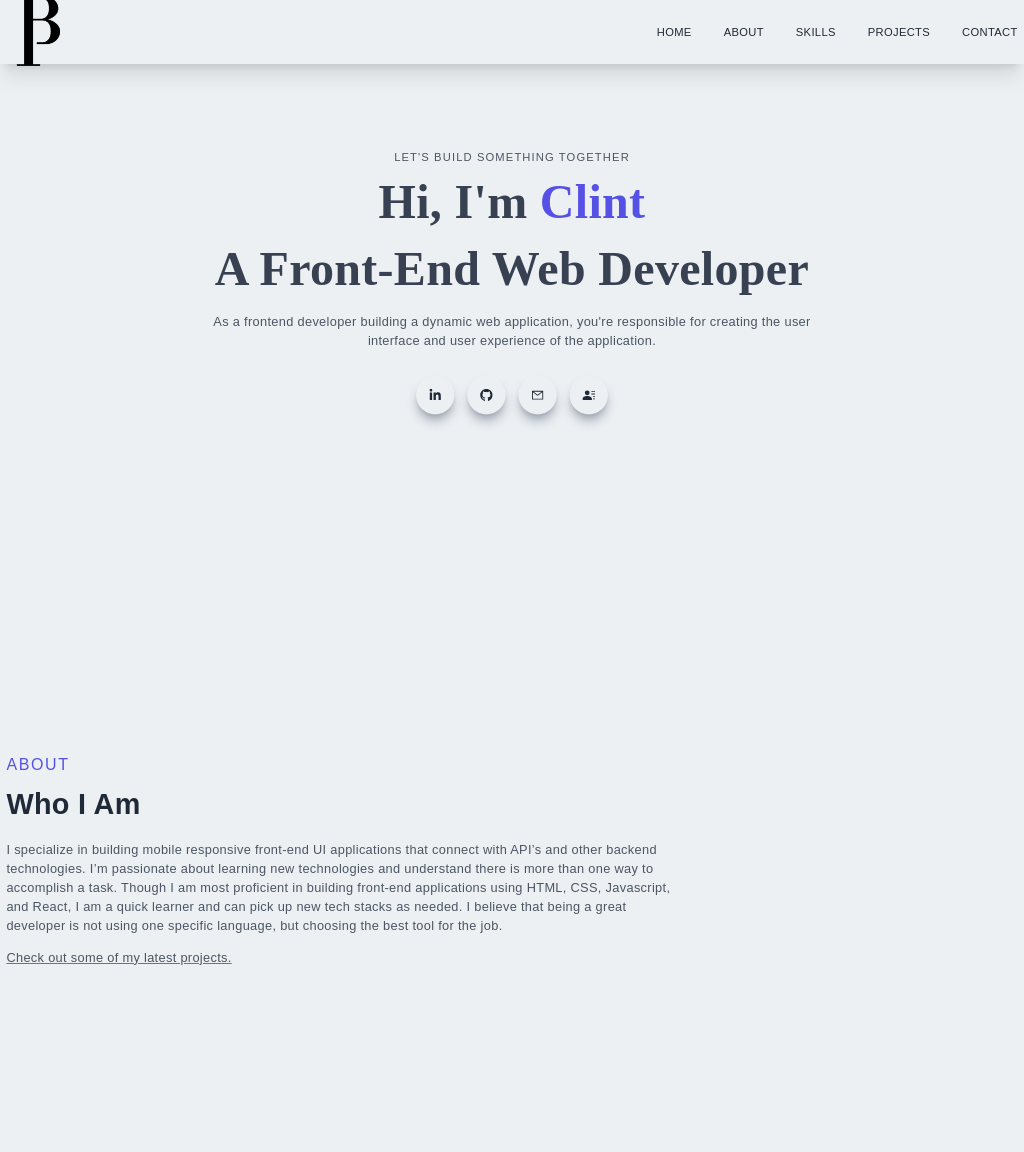
Repository: bittu-Patel/portfolio-resume-next-js
Page: /
These files come from the project's save history. The page is drawn as it stood at one moment and after a run of saves; the edit follows.
The browser window is 1280 px wide. The pictures show the whole page, at 80% of full size.
The project was rebuilt for these pictures with package versions that can differ from the ones it lists, and the page was loaded fresh each time. The framework's server and built-in components were replaced by stand-ins that run in the browser. Also part of the build but not shown: next.config.js.

Above is the page before, as saved 2023-09-22 13:38:50.

### pages/_app.js

import '../styles/globals.css'

 function App({ Component, pageProps }) {
  return <Component {...pageProps} />
}

export default App

### pages/index.js
import About from '../components/About.jsx'
import Main from '../components/Main.jsx'
import Navbar from '../components/Navbar.jsx'
import React from 'react'

const index = () => {
  return (
    <div>
      <Navbar />
     <Main />
     <About />
    </div>
  )
}

export default index

### components/About.jsx
import React from 'react'

const About = () => {
  return (
    <div className='w-full md:h-screen p-2  flex items-center py-16'>
        <div className='max-w-[1240] m-auto md:grid grid-cols-3 gap-8'>
            <div className='col-span-2'>
                <p className='uppercase text-xl tracking-widest text-[#5651e5]'>About</p>

                <h2 className='py-4'>Who I Am</h2>

                <p className='py-2 text-gray-600'>I specialize in building mobile responsive front-end UI applications
            that connect with API’s and other backend technologies. I’m
            passionate about learning new technologies and understand there is
            more than one way to accomplish a task. Though I am most proficient
            in building front-end applications using HTML, CSS, Javascript, and
            React, I am a quick learner and can pick up new tech stacks as
            needed. I believe that being a great developer is not using one
            specific language, but choosing the best tool for the job.</p>
            <p className='py-2 text-gray-600 underline cursor-pointer'>
              Check out some of my latest projects.
            </p>
    </div>
            <div></div>
        </div>
    </div>
  )
}

export default About

### components/Main.jsx
import { AiOutlineMail } from 'react-icons/ai'
import { BsFillPersonLinesFill } from 'react-icons/bs';
import { FaGithub, FaLinkedinIn } from 'react-icons/fa'

const Main = () => {
  return (
    <div className='w-full h-screen text-center'>
      <div className='max-w-[1240px] w-full h-full mx-auto p-2 flex justify-center items-center'>
        <div>
<p className='uppercase text-sm tracking-widest text-gray-600'>Let&apos;S build something together</p>
<h1 className='py-4 text-gray-700'>
            Hi, I&#39;m <span className='text-[#5651e5]'> Clint</span>
          </h1>
          <h1 className=' py-2 text-gray-700'>
          A Front-End Web Developer
          </h1>
          <p className='py-4 text-gray-600 max-w-[70%] m-auto'>As a frontend developer building a dynamic web application, you&apos;re responsible for creating the user interface and user experience of the application.</p>
        <div className=' gap-4 flex items-center justify-center max-w-[330px] m-auto py-4'>
<div className='rounded-full shadow-lg shadow-gray-400 p-4 cursor-pointer hover:scale-105 ease-in duration-300'>
  <FaLinkedinIn />
</div>
<div className='rounded-full shadow-lg shadow-gray-400 p-4 cursor-pointer hover:scale-105 ease-in duration-300'>
  <FaGithub />
</div>
<div className='rounded-full shadow-lg shadow-gray-400 p-4 cursor-pointer hover:scale-105 ease-in duration-300'>
  <AiOutlineMail />
</div>
<div className='rounded-full shadow-lg shadow-gray-400 p-4 cursor-pointer hover:scale-105 ease-in duration-300'>
  <BsFillPersonLinesFill />
</div>
        </div>
        </div>
      </div>
    </div>
  )
}

export default Main

### components/Navbar.jsx
import Image from 'next/image'
import React, { useState } from 'react'
import { FaGithub, FaLinkedinIn } from 'react-icons/fa';
import { BsFillPersonLinesFill } from 'react-icons/bs';
import Link from 'next/link'
import { AiOutlineClose, AiOutlineMenu ,AiOutlineMail } from 'react-icons/ai'

const Navbar = () => {
    const [nav, setNav] = useState(false)

    const handleNav = () => {
        setNav(!nav)
    }
  return (
    <div className='fixed w-full h-20 shadow-xl z-[100]'>
<div className='flex justify-between items-center w-full h-full px-2 2xl:px-16'>
    <Image src="/../assets/navLogo.png" alt="/" width='80' height='20' />
<div>
    <ul className='hidden md:flex'>
        <Link href='/'>
            <li className='ml-10 text-sm uppercase hover:border-b'>Home</li>
        </Link>
        <Link href='/'>
            <li className='ml-10 text-sm uppercase hover:border-b'>About</li>
        </Link>
        <Link href='/'>
            <li className='ml-10 text-sm uppercase hover:border-b'>Skills</li>
        </Link>
        <Link href='/'>
            <li className='ml-10 text-sm uppercase hover:border-b'>Projects</li>
        </Link>
        <Link href='/'>
            <li className='ml-10 text-sm uppercase hover:border-b'>Contact</li>
        </Link>
    </ul>
    <div onClick={handleNav} className='md:hidden'>
    <AiOutlineMenu />
    </div>
</div>
</div>
<div className={nav ? 'md:hidden fixed left-0 top-0 w-full h-screen bg-black/70' : ''}>
<div
          className={
            nav
              ? ' fixed left-0 top-0 w-[75%] sm:w-[60%] md:w-[45%] h-screen bg-[#ecf0f3] p-10 ease-in duration-500'
              : 'fixed left-[-100%] top-0 p-10 ease-in duration-500'
          }
        >
 <div >
    <div className='flex w-full items-center justify-between'>
<Image src="/../assets/navLogo.png" width='80' height='30' alt='/'/>
<div onClick={handleNav} className='rounded-full shadow-lg shadow-gray-400 p-3 cursor-pointer'>
<AiOutlineClose />
</div>
    </div>
    <div onClick={handleNav} className='border-b border-gray-300 my-4'>
        <p className='w-[85%] md:w-[90%] py-4'>Let&apos;S build something together </p>
    </div>
 </div>
 <div className='py-2 flex flex-col'>
    <ul className='uppercase'>
        <Link href='/'>
            <li className='py-4 text-sm'>Home</li>
        </Link>
        <Link href='/'>
            <li className='py-4 text-sm'>About</li>
        </Link>
        <Link href='/'>
            <li className='py-4 text-sm'>Skills</li>
        </Link>
        <Link href='/'>
            <li className='py-4 text-sm'>Projects</li>
        </Link>
        <Link href='/'>
            <li className='py-4 text-sm'>Contact</li>
        </Link>
    </ul>
    <div className='pt-40'>
 <p className='uppercase tracking-widest text-[#5651e5]'>
    Let&apos;S Connect
    </p>
    <div className='flex items-center justify-between my-4 w-full sm:w-[80%]'>
 <div className='rounded-full shadow-lg shadow-gray-400 p-3 cursor-pointer hover:scale-105 ease-in duration-300'>
 <FaLinkedinIn />
 </div>
 <div className='rounded-full shadow-lg shadow-gray-400 p-3 cursor-pointer hover:scale-105 ease-in duration-300'>
 <FaGithub />
 </div>
 <div className='rounded-full shadow-lg shadow-gray-400 p-3 cursor-pointer hover:scale-105 ease-in duration-300'>
 <AiOutlineMail />
 </div>
 <div className='rounded-full shadow-lg shadow-gray-400 p-3 cursor-pointer hover:scale-105 ease-in duration-300'>
 <BsFillPersonLinesFill />
 </div>
</div>
    </div>
 </div>
    </div>
</div>
    </div>
  )
}

export default Navbar

Loaded but not shown: pages/_document.tsx (common file); styles/globals.css (common file); tailwind.config.ts (common file)

After the next 4 saves:
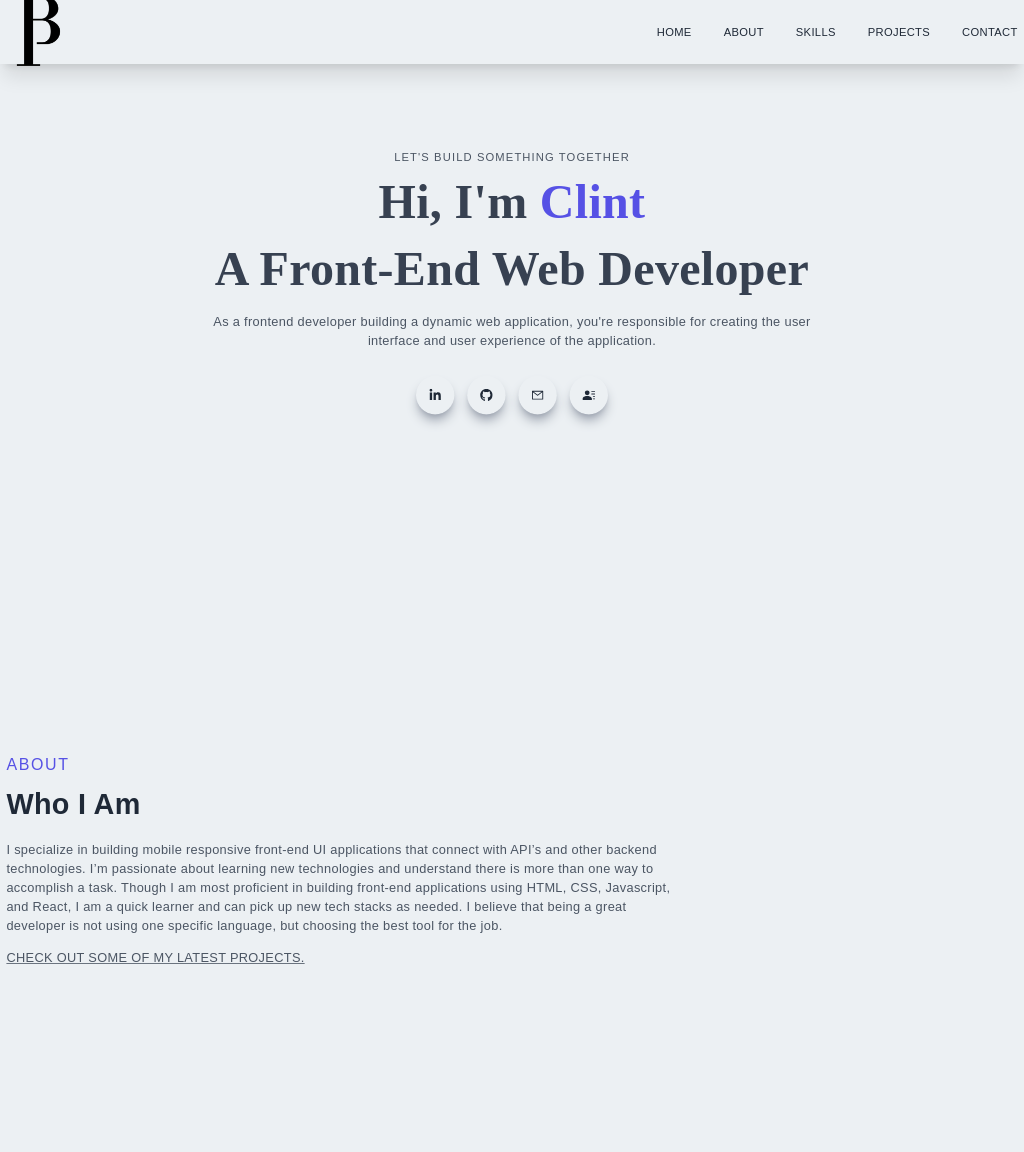
The 4 saves are shown as one change because they came seconds apart.
The last was saved 3 min 14 s later.
--- a/components/About.jsx
+++ b/components/About.jsx
@@ -17,7 +17,7 @@ const About = () => {
             React, I am a quick learner and can pick up new tech stacks as
             needed. I believe that being a great developer is not using one
             specific language, but choosing the best tool for the job.</p>
-            <p className='py-2 text-gray-600 underline cursor-pointer'>
+            <p className='uppercase py-2 text-gray-600 underline cursor-pointer'>
               Check out some of my latest projects.
             </p>
     </div>
